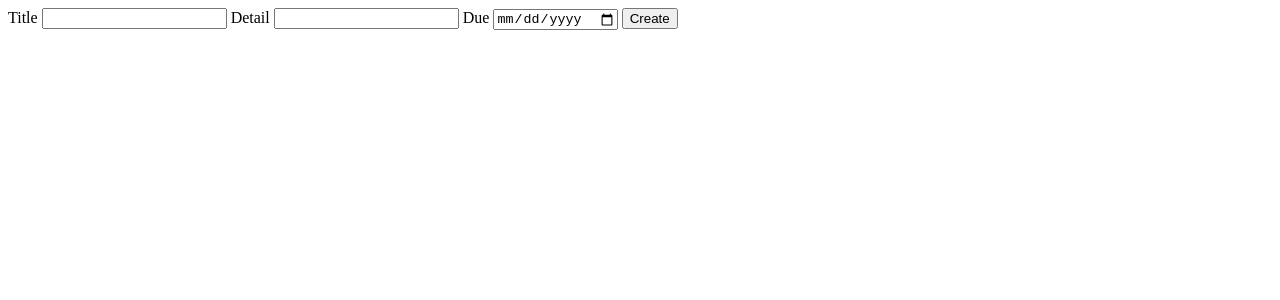
Repository: sgmtg/ToDoList
Page: http://localhost/create
The author's editor kept a record of every edit. The page is drawn from the files as they stood at one moment, then again after the next edit.
The browser window is 1280 px wide. The pictures show the whole page.
The page is served by the project's application, run on Flask 3 (app.py).

Above is the page before.

### templates/create.html

{% extends 'base.html' %}


{% block body %}
<div class="form">
    <form action="/" method="POST">
        <div>
        <label for="title">Title</label>
        <input type="text" id="title" name="title">

        <label for="detail">Detail</label>
        <input type="textarea" id="detail" name="detail">

        <label for="due">Due</label>
        <input type="date" id="due" name="due" required>

        <input type="submit" value="Create">
    </form>
</div>
{% endblock %}

### templates/base.html
<html>
    <head>
        <title>My To Do List</title>
        <!--<link href="https://cdn.jsdelivr.net/npm/bootstrap@5.0.2/dist/css/bootstrap.min.css" rel="stylesheet" integrity="sha384-EVSTQN3/azprG1Anm3QDgpJLIm9Nao0Yz1ztcQTwFspd3yD65VohhpuuCOmLASjC" crossorigin="anonymous">-->
        <link rel="stylesheet" type="text/css" href="/static/css/style.css">
    </head>
    <body>
       {% block body %}{% endblock %}
    </body>
</html>

### app.py
from flask import Flask, request, render_template, redirect, url_for
from flask_sqlalchemy import SQLAlchemy
from datetime import datetime

app = Flask(__name__)
app.config['SQLALCHEMY_DATABASE_URI'] = 'sqlite:///todo.db'  # todo.dbという名前のdbを設定
db = SQLAlchemy(app)  # dbを生成

toDoList = []

class Post(db.Model):
    id = db.Column(db.Integer, primary_key=True)  # 主キー
    title = db.Column(db.String(30), nullable=False)
    detail = db.Column(db.String(100))  # 空でもok
    due = db.Column(db.DateTime, nullable=False)  # 日付型を指定



@app.route('/', methods=['GET', 'POST'])
def index():
    if request.method == 'GET':
        posts = Post.query.all()
        return render_template('index.html', posts=posts)

    else:
        title = request.form.get('title')
        detail = request.form.get('detail')
        due = request.form.get('due')

        due = datetime.strptime(due, '%Y-%m-%d')  # フォームから文字列を受け取るため日付型に変換
        new_post = Post(title=title, detail=detail, due=due)

        db.session.add(new_post)
        db.session.commit()
        return redirect('/')

@app.route('/create')
def create():
    return render_template('create.html')




if __name__ == "__main__":
    app.run(port=3000, debug=True, use_debugger=True)  # 8080
    create_tables()

### static/css/style.css

.done {
  text-decoration: line-through;
  color: gray;
  /* 他のスタイルプロパティ */
}

After the next edit:
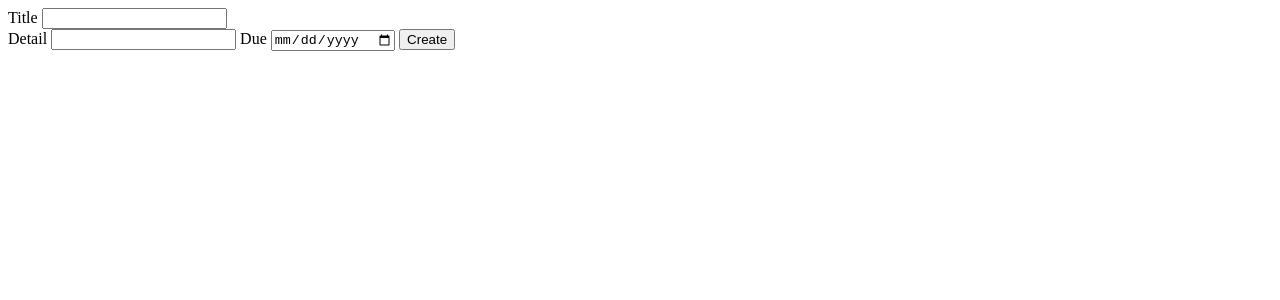
The edit:
--- a/templates/create.html
+++ b/templates/create.html
@@ -6,8 +6,9 @@
 <div class="form">
     <form action="/" method="POST">
         <div>
-        <label for="title">Title</label>
-        <input type="text" id="title" name="title">
+            <label for="title">Title</label>
+            <input type="text" id="title" name="title">
+        </div>
 
         <label for="detail">Detail</label>
         <input type="textarea" id="detail" name="detail">
